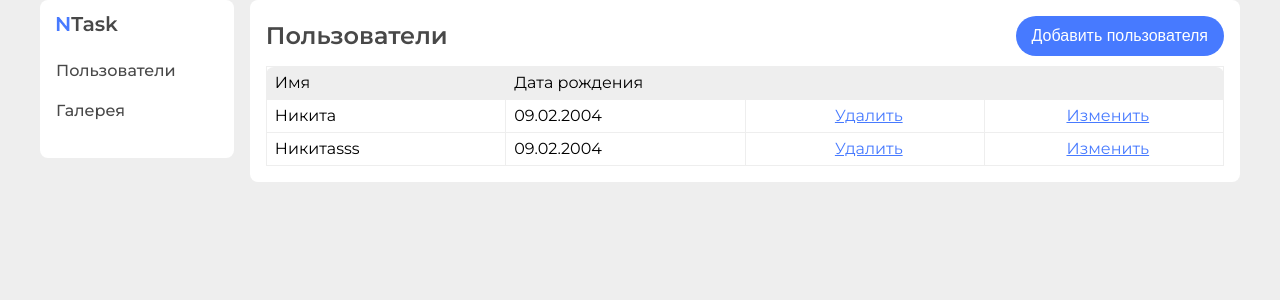
Repository: Grid-Master/NTask
Page: /gallery
The author's editor kept a copy of each file at every save. The page is drawn from the files as they stood at one save, then again after the next save.
The browser window is 1280 px wide. The pictures show the whole page.
The project was rebuilt for these pictures with package versions that can differ from the ones it lists, and the page was loaded fresh each time.

Above is the page before, as saved 2023-06-05 13:30:11.

### public/index.html
<!DOCTYPE html>
<html lang="en">
  <head>
    <meta charset="utf-8" />
    <link rel="icon" href="%PUBLIC_URL%/favicon.ico" />
    <meta name="viewport" content="width=device-width, initial-scale=1" />
    <meta name="theme-color" content="#000000" />
    <meta name="description" content="Web site created using create-react-app" />
    <link rel="apple-touch-icon" href="%PUBLIC_URL%/logo192.png" />
    <link rel="preconnect" href="https://fonts.googleapis.com" />
    <link rel="preconnect" href="https://fonts.gstatic.com" crossorigin />
    <link
      href="https://fonts.googleapis.com/css2?family=Montserrat:wght@300;400;500;600;700&display=swap"
      rel="stylesheet" />
    <link rel="manifest" href="%PUBLIC_URL%/manifest.json" />
    <title>React App</title>
  </head>
  <body>
    <noscript>You need to enable JavaScript to run this app.</noscript>
    <div id="root"></div>
  </body>
</html>

### src/index.tsx
import React from 'react';
import ReactDOM from 'react-dom/client';
import './index.css';
import App from './App';
import { BrowserRouter } from 'react-router-dom';

const root = ReactDOM.createRoot(document.getElementById('root') as HTMLElement);
root.render(
  <React.StrictMode>
    <BrowserRouter>
      <App />
    </BrowserRouter>
  </React.StrictMode>,
);

### src/index.css
html, body, div, span, applet, object, iframe,
h1, h2, h3, h4, h5, h6, p, blockquote, pre,
a, abbr, acronym, address, big, cite, code,
del, dfn, em, img, ins, kbd, q, s, samp,
small, strike, strong, sub, sup, tt, var,
b, u, i, center,
dl, dt, dd, ol, ul, li,
fieldset, form, label, legend,
table, caption, tbody, tfoot, thead, tr, th, td,
article, aside, canvas, details, embed,
figure, figcaption, footer, header, hgroup,
menu, nav, output, ruby, section, summary,
time, mark, audio, video {
	margin: 0;
	padding: 0;
	border: 0;
	font-size: 100%;
	font: inherit;
	vertical-align: baseline;
}
/* HTML5 display-role reset for older browsers */
article, aside, details, figcaption, figure,
footer, header, hgroup, menu, nav, section {
	display: block;
}
body {
	line-height: 1;
}
ol, ul {
	list-style: none;
}
blockquote, q {
	quotes: none;
}
blockquote:before, blockquote:after,
q:before, q:after {
	content: '';
	content: none;
}
table {
	border-collapse: collapse;
}
body {
  margin: 0;
  font-family: Montserrat;
  background: #EEEEEE;

}

code {
  font-family: source-code-pro, Menlo, Monaco, Consolas, 'Courier New',
    monospace;
}

### src/App.tsx
import './App.css';
import { FC, useEffect } from 'react';
import Navbar from './components/navabar/Navbar';
import UserList from './components/userList/UserList';
import { Routes, Route, useNavigate } from 'react-router-dom';
import Gallery from './components/gallery/Gallery';

const App: FC = () => {
  const navigate = useNavigate();
  useEffect(() => {
    navigate('/users');
  }, []);

  return (
    <div className="App">
      <Navbar />
      <Routes>
        <Route path="/users" element={<UserList />} />
        <Route path="/gallery" element={<Gallery />} />
        <Route path="*" element={<h1>Error</h1>} />
      </Routes>
    </div>
  );
};

export default App;

### src/App.css
.App {
  display: flex;
  align-items:start;
  gap: 16px;
  max-width: 1200px;
  margin: 0 auto;
}

@media screen and (max-width: 1200px) {
  .App {
    flex-direction: column;
    max-width: 1000px;
  }
}
@media screen and (max-width: 1000px) {
  .App {
    max-width: 600px;
    padding: 16px;
  }
}
@media screen and (max-width: 600px) {
  .App {
    max-width: calc(320px - 32px);
  }
}

### src/components/navabar/Navbar.tsx
import { FC } from 'react';
import './navbar.sass';
import { useNavigate, useLocation } from 'react-router-dom';
const logo = require('../../images/logo.png');

const Navbar: FC = () => {
  const navigate = useNavigate();
  const { pathname } = useLocation();
  console.log(pathname);

  return (
    <div className="navbar">
      <div className="navbar__imagecontainer">
        <img src={logo} alt="logo" />
      </div>
      <div
        className={pathname == 'users' ? 'navbar__item navbar__active' : 'navbar__item'}
        onClick={() => navigate('users')}>
        Пользователи
      </div>
      <div className="navbar__item" onClick={() => navigate('gallery')}>
        Галерея
      </div>
    </div>
  );
};

export default Navbar;

### src/components/userList/UserList.tsx
import React, { FC } from 'react';
import './userList.sass';

const UserList: FC = () => {
  return (
    <div className="userList">
      <div>
        <h1 className="userList__title">Пользователи</h1>
        <button className="userList__addUserBtn">Добавить пользователя</button>
      </div>
      <table className="userList__table">
        <tr className="userList__table-info">
          <td>Имя</td>
          <td>Дата рождения</td>
          <td></td>
          <td></td>
        </tr>
        <tr>
          <td>Никита</td>
          <td>09.02.2004</td>
          <td className="userList__table-btn">Удалить</td>
          <td className="userList__table-btn">Изменить</td>
        </tr>
        <tr>
          <td>Никитаsss</td>
          <td>09.02.2004</td>
          <td className="userList__table-btn">Удалить</td>
          <td className="userList__table-btn">Изменить</td>
        </tr>
      </table>
    </div>
  );
};

export default UserList;

### src/components/gallery/Gallery.tsx
import { FC } from 'react';

const Gallery: FC = () => {
  return (
    <div className="gallery">
      <div>
        <h1 className="gallery__title">Галерея</h1>
        <button className="gallery__btn">Добавить фото</button>
      </div>
      <ul className="gallery__list">
        <li className="gallery__list-item">
          <img alt="photo" />
        </li>
      </ul>
    </div>
  );
};

export default Gallery;

### src/components/navabar/navbar.sass
.navbar
    width: 200px
    height: 158px
    background: #FFFFFF
    border-radius: 8px
    &__imagecontainer
        padding: 16px 0
        margin-left: 16px
    &__item
        padding: 8px 16px
        cursor: pointer
        font-weight: 500
        font-size: 16px
        line-height: 150%
        color: #484848
    &__active
        background: #E9EFFF
        color: #477AFF

@media screen and (max-width: 600px)
    .navbar
        width: 288px
        height: 158px

### src/components/userList/userList.sass
.userList
    // width: 100%
    background: #FFFFFF
    border-radius: 8px
    padding: 16px
    >div
        display: flex
        align-items: center
        justify-content: space-between
    &__title
        font-weight: 600
        font-size: 24px
        line-height: 150%
        color: #484848
    &__addUserBtn
        font-weight: 500
        font-size: 16px
        line-height: 100%
        color: #FFFFFF
        background: #477AFF
        border-radius: 20px
        padding: 12px 16px
        border: none
        outline: none
        cursor: pointer
        transition: .3s
        &:hover
            opacity: .8
    &__table
        margin-top: 10px
        // width: 952px
        td
            border: 1px solid #EEEEEE
            width: 238px
            text-align: start
            padding: 8px 0
            padding-left: 8px
        &-btn
            cursor: pointer
            text-decoration-line: underline
            color: #477AFF
            transition: .2s
            text-align: center !important
            &:hover
                opacity: .8
        tr:first-child td:first-child
            border-radius: 8px 0 0 0
        tr:first-child td:last-child
            border-radius: 0 8px 0 0
        tr:last-child td:first-child
            border-radius: 0 0 8px 0
        tr:last-child td:last-child
            border-radius: 0 0 0 8px //??
        &-info
            background-color: #EEEEEE
            border-radius: 8px !important

@media screen and (max-width: 1200px)
    .userList
        width: calc( 100% - 32px )
@media screen and (max-width: 600px)
    .userList
        &__table
            display: block
            overflow-x: scroll
            &::-webkit-scrollbar
                // width: 4px
                scroll-margin-top: 5px
                height: 4px
                border: 1px solid #d5d5d5
            &::-webkit-scrollbar-track
                border-radius: 0
                background: #eeeeee
            &::-webkit-scrollbar-thumb
                border-radius: 0
                background: #b0b0b0
                cursor: pointer
        >div
            flex-direction: column
            align-items: start
        &__title
            margin-bottom: 10px

After the next save:
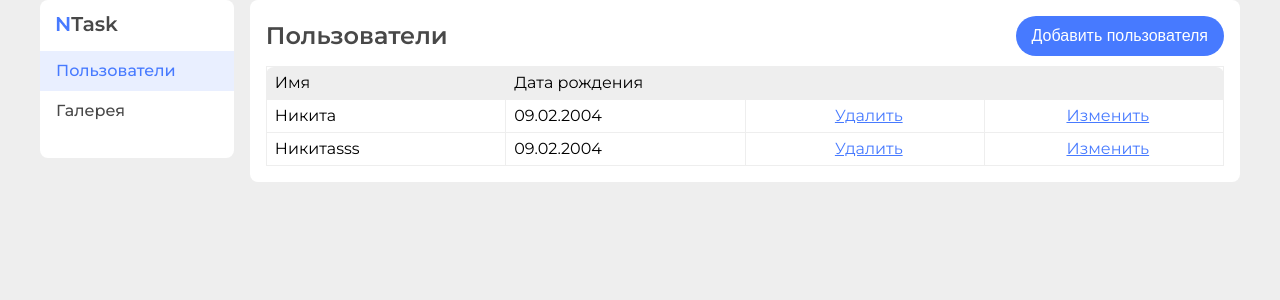
Saved 4 s later.
--- a/src/components/navabar/Navbar.tsx
+++ b/src/components/navabar/Navbar.tsx
@@ -14,7 +14,7 @@ const Navbar: FC = () => {
         <img src={logo} alt="logo" />
       </div>
       <div
-        className={pathname == 'users' ? 'navbar__item navbar__active' : 'navbar__item'}
+        className={pathname === '/users' ? 'navbar__item navbar__active' : 'navbar__item'}
         onClick={() => navigate('users')}>
         Пользователи
       </div>
